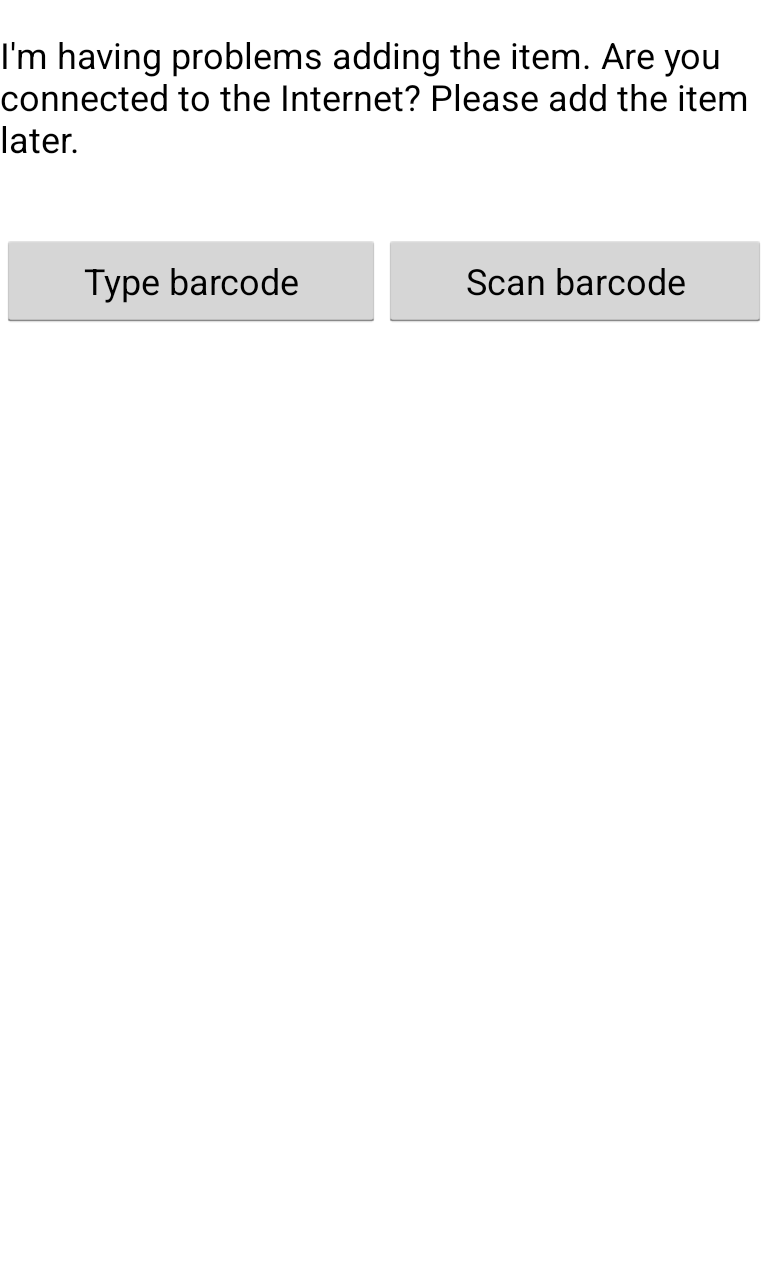
Repository: harvard-lil/wtwba-android-app
Layout: wtwba/res/layout/activity_terminal_error.xml
An editor plug-in stored every save of this project. The layout is shown before and after the next save, followed by the edit.
It is drawn on a 768 x 1280 px phone screen (xhdpi) without system bars, with theme AppTheme; the app's code is not run.

Above is the layout before, as saved 2013-03-20 19:03:58.

### wtwba/res/layout/activity_terminal_error.xml
<?xml version="1.0" encoding="utf-8"?>
<LinearLayout xmlns:android="http://schemas.android.com/apk/res/android"
    android:layout_width="fill_parent"
    android:layout_height="fill_parent"
    android:layout_margin="15dip"
    android:orientation="vertical" >

    <TextView
        android:layout_width="fill_parent"
        android:layout_height="wrap_content"
        android:layout_marginTop="15dip"
        android:layout_marginBottom="35dip"
        android:text="@string/terminal_error"
        android:textAppearance="?android:attr/textAppearanceMedium"
         />

	<LinearLayout
	    android:layout_width="fill_parent"
	    android:layout_height="wrap_content"
	    android:orientation="horizontal" >

	    <Button
	        android:layout_width="wrap_content"
	        android:layout_height="wrap_content"
	        android:layout_weight="1.0"
	        android:text="@string/button_key_item"
	        android:onClick="keyItem"/>
	    <Button
	        android:layout_width="wrap_content"
	        android:layout_height="wrap_content"
	        android:layout_weight="1.0"
	        android:text="@string/button_scan_item"
	        android:onClick="scanItem"
	        />
    </LinearLayout>
</LinearLayout>

### wtwba/res/values/strings.xml
<?xml version="1.0" encoding="utf-8"?>
<resources>

    <string name="app_name">wtwba</string>
    <string name="main_activity_title">Where the Wild Books Are</string>
    <string name="activity_item_details_title">Wild Books</string>
    <string name="activity_scan_title">Wild Books</string>
    <string name="activity_manage_user_title">Manage user key</string>
    <string name="activity_type_barcode_title">Add item using fingers</string>
    <string name="activity_location_title">Select your current location</string>
    <string name="item_found_title">Yeehaw! We added your item</string>
    <string name="scan_error_title">Something went wrong</string>
    <string name="terminal_error">I\'m having problems adding the item. Are you connected to the Internet? Please add the item later.</string>
    <string name="user_name_box_label">Enter your assigned user key</string>
    <string name="edit_message">Enter a message</string>
    <string name="loading_message">Loading</string>


    <string name="button_confirm_delete">Delete from list</string>
    <string name="button_scan_item">Scan barcode</string>
    <string name="button_key_item">Type barcode</string>
    <string name="activity_delete_title">Delete from list</string>

    <string name="button_scan">Scan</string>
    <string name="button_type">Find item</string>
    <string name="button_item_confrim">Return home</string>
    <string name="button_add">Add to list</string>
    <string name="button_save_user_name">Save user key</string>
    <string name="menu_settings">Settings</string>
    <string name="scan_error">Something went wrong when when I tried to add the item. Sorry. Can you give it a try again?</string>
    <string name="title_activity_main">MainActivity</string>
    <string name="type_barcode_instructions">Type the barcode number, spaces optional</string>
    <string name="hello_world">Hello world!</string>
    <string name="title_holder">Sample Title Here</string>
    <string name="connection_error">Unable to connect to network</string>
    <string name="title_activity_display_message">DisplayMessageActivity</string>
    <string name="empty_list">You haven\'t added any items.</string>

</resources>

Loaded but not shown: wtwba/res/values-v11/styles.xml (common file); wtwba/res/values-v14/styles.xml (common file); wtwba/res/values/styles.xml (common file)

After the next save:
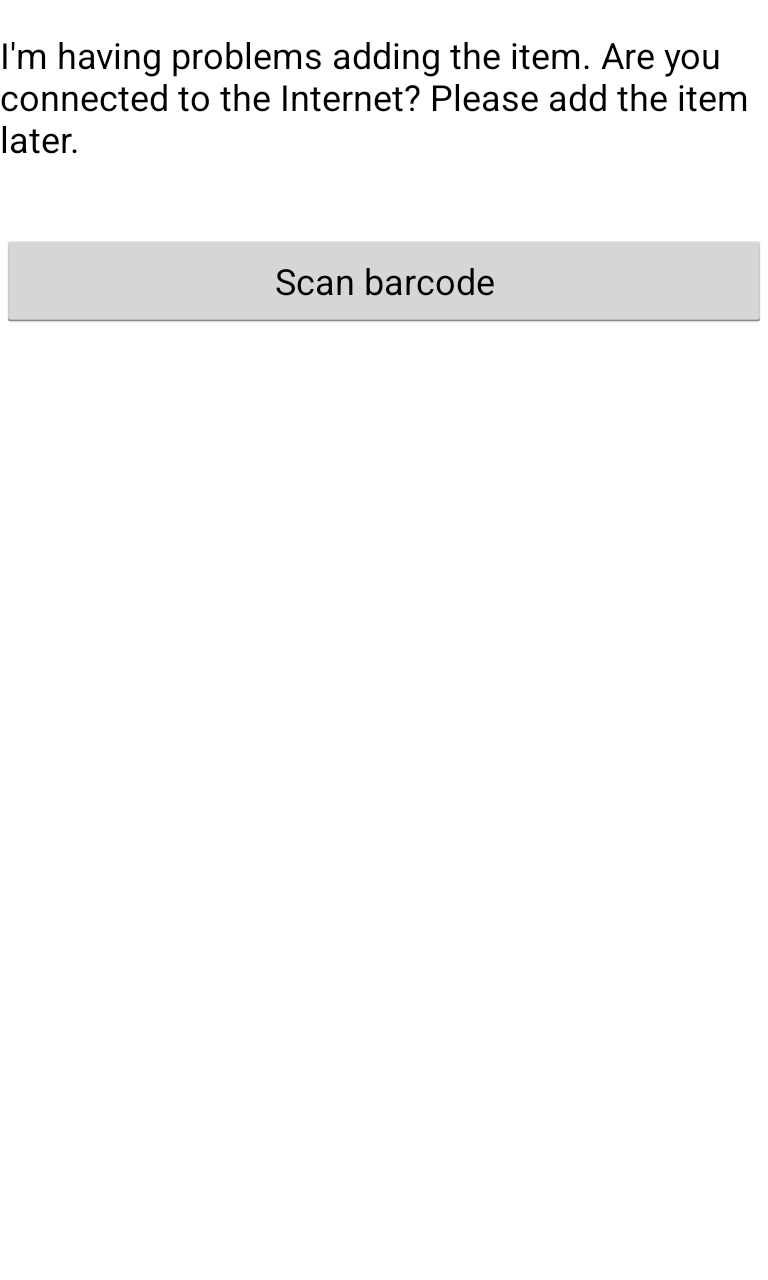
Saved 32 s later.
--- a/wtwba/res/layout/activity_terminal_error.xml
+++ b/wtwba/res/layout/activity_terminal_error.xml
@@ -23,14 +23,8 @@
 	        android:layout_width="wrap_content"
 	        android:layout_height="wrap_content"
 	        android:layout_weight="1.0"
-	        android:text="@string/button_key_item"
-	        android:onClick="keyItem"/>
-	    <Button
-	        android:layout_width="wrap_content"
-	        android:layout_height="wrap_content"
-	        android:layout_weight="1.0"
 	        android:text="@string/button_scan_item"
-	        android:onClick="scanItem"
+	        android:onClick="return_home"
 	        />
     </LinearLayout>
 </LinearLayout>
